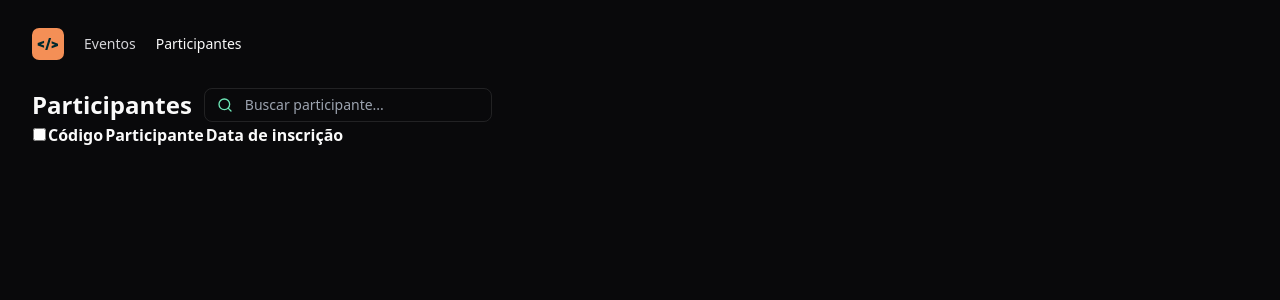
Repository: guilhermecardoso93/nlw-unite-react-2024
Page: /
These files come from the project's save history. The page is drawn as it stood at one moment and after the next save; the edit follows.
The browser window is 1280 px wide. The pictures show the whole page.
The project was rebuilt for these pictures with package versions that can differ from the ones it lists, and the page was loaded fresh each time. Also part of the build but not shown: vite.config.ts.

Above is the page before, as saved 2024-04-01 21:27:24.

### src/App.tsx
import { Header } from "./components/header";
import { AttendeeList } from "./components/attendee-list";

export function App() {

  return (
    <div className="max-w-[1216px] mx-auto py-5 flex flex-col gap-5">
      <Header />
      <AttendeeList />
    </div>
  )
}

### src/components/header.tsx
import Logo from "../assets/nlw-unite-icon.svg";

export function Header() {
  return (
    <div className="flex items-center gap-5 py-2">
      <img src={Logo} alt="logo" />

      <nav className="flex items-center gap-5">
        <a href="" className="font-medium text-sm text-zinc-300">Eventos</a>
        <a href="" className="font-medium text-sm">Participantes</a>
      </nav>
    </div>
  );
}

### src/components/attendee-list.tsx
import { Search } from "lucide-react";

export function AttendeeList() {
  return (
    <div>
      <div className="flex gap-3 items-center">
        <h1 className="text-2xl font-bold">Participantes</h1>
        <div className="px-3 py-1.5 border border-white/10 rounded-lg text-sm w-72 flex items-center gap-3">
          <Search className="size-4 text-emerald-300" />
          <input
            placeholder="Buscar participante..."
            className="bg-transparent flex-1 outline-none"
          />
        </div>
      </div>

      <table>
        <thead>
          <tr>
            <th>
              <input type="checkbox" />
            </th>
            <th>
              Código
            </th>
            <th>
              Participante
            </th>
            <th>
              Data de inscrição
            </th>
          </tr>
        </thead>
      </table>
    </div>
  );
}

### tailwind.config.js
/** @type {import('tailwindcss').Config} */
export default {
  content: [
    "./index.html",
    "./src/**/*.{js,ts,jsx,tsx}"
  ],
  theme: {
    extend: {},
  },
  plugins: [
    //require('@tailwindcss/forms')
  ],
}

Loaded but not shown: index.html (common file); src/main.tsx (common file); src/index.css (common file)

After the next save:
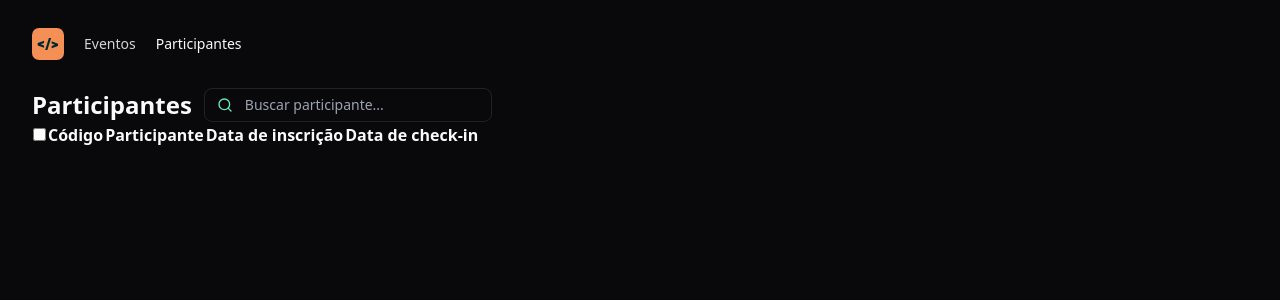
Saved 69 s later.
--- a/src/components/attendee-list.tsx
+++ b/src/components/attendee-list.tsx
@@ -20,15 +20,11 @@ export function AttendeeList() {
             <th>
               <input type="checkbox" />
             </th>
-            <th>
-              Código
-            </th>
-            <th>
-              Participante
-            </th>
-            <th>
-              Data de inscrição
-            </th>
+            <th>Código</th>
+            <th>Participante</th>
+            <th>Data de inscrição</th>
+            <th>Data de check-in</th>
+            <th></th>
           </tr>
         </thead>
       </table>
